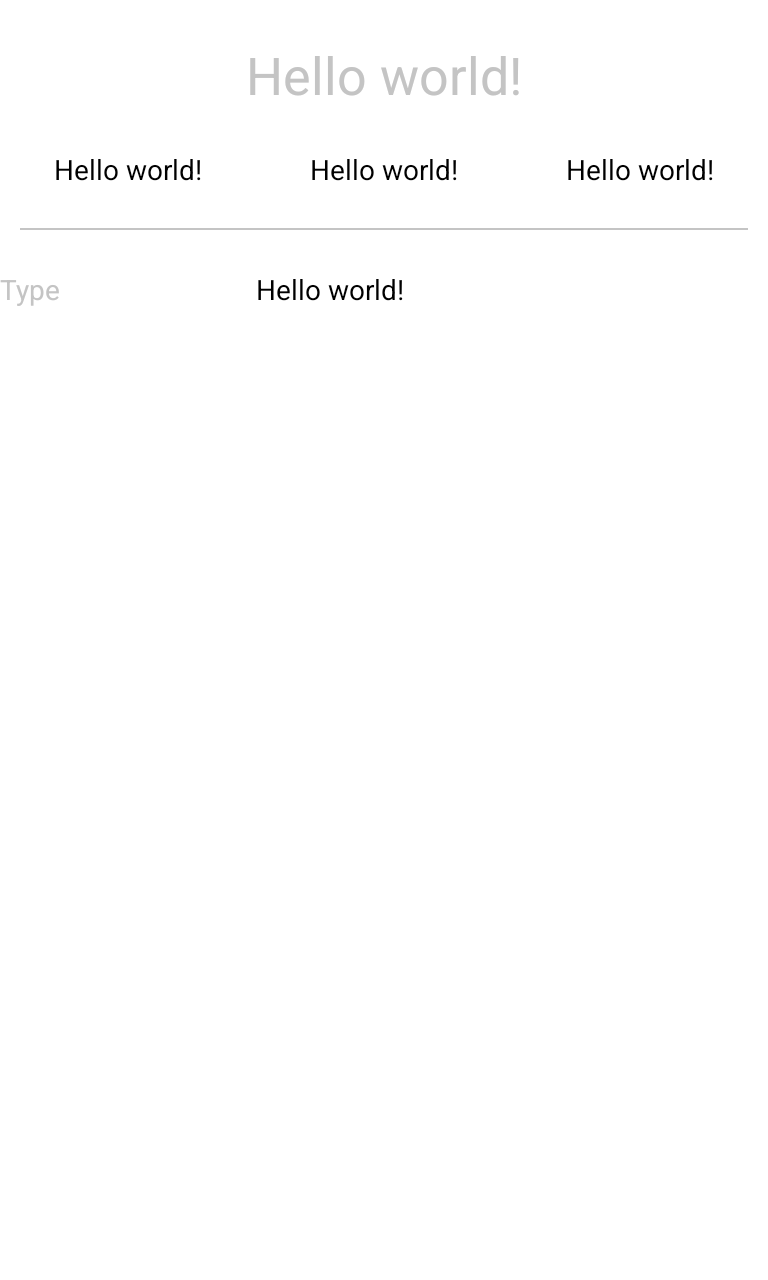
Repository: colincove/IAT381-Android
Layout: ColinCove_Assignment02/res/layout/activity_sensor_info.xml
The author's editor kept a copy of each file at every save. The layout is drawn from the files as they stood at one save, then again after the next save.
It is drawn on a 768 x 1280 px phone screen (xhdpi) without system bars, with theme AppTheme; the app's code is not run.

Above is the layout before, as saved 2013-10-04 19:05:37.

After the next save:
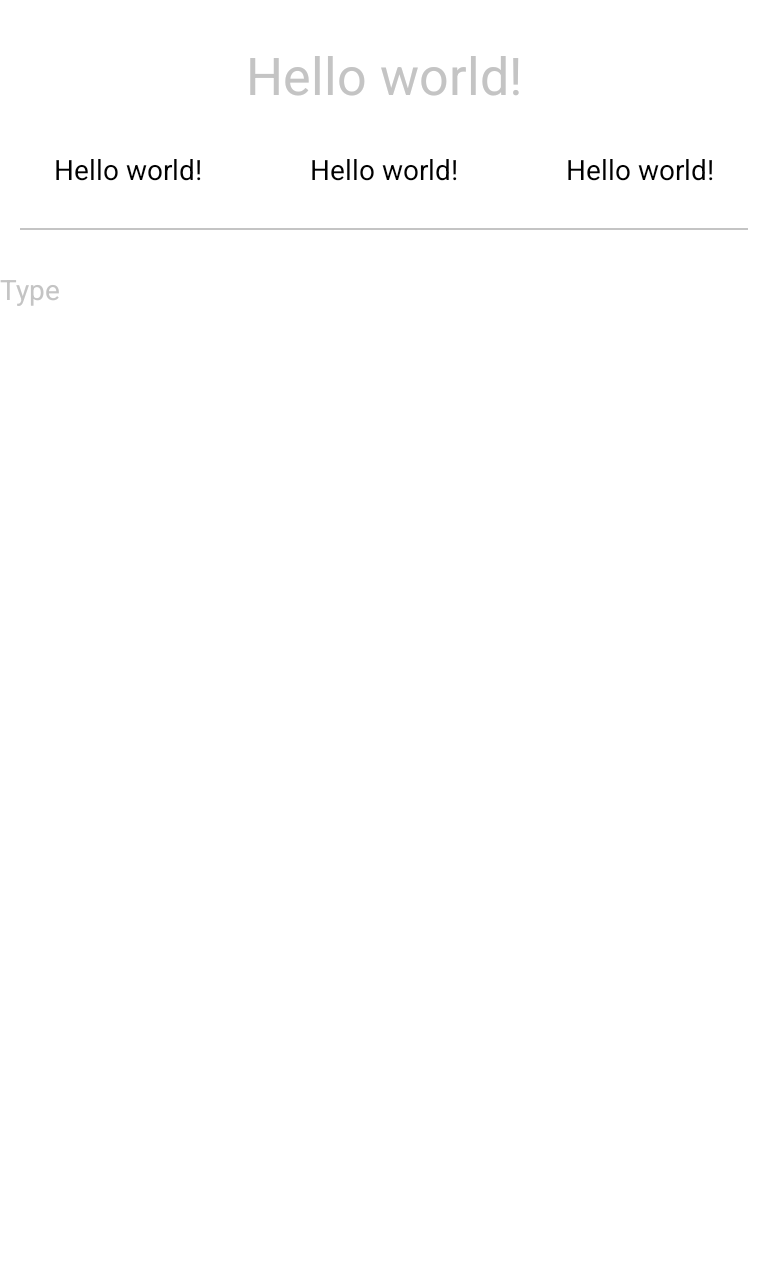
Saved 23 s later.
--- a/ColinCove_Assignment02/res/layout/activity_sensor_info.xml
+++ b/ColinCove_Assignment02/res/layout/activity_sensor_info.xml
@@ -77,7 +77,7 @@
             android:layout_height="wrap_content"
             android:layout_span="2"
             android:gravity="left"
-            android:text="@string/hello_world"
+            android:id="@id/type_display"
             android:textColor="@color/heigh_contrast" />
 
     </TableRow>
